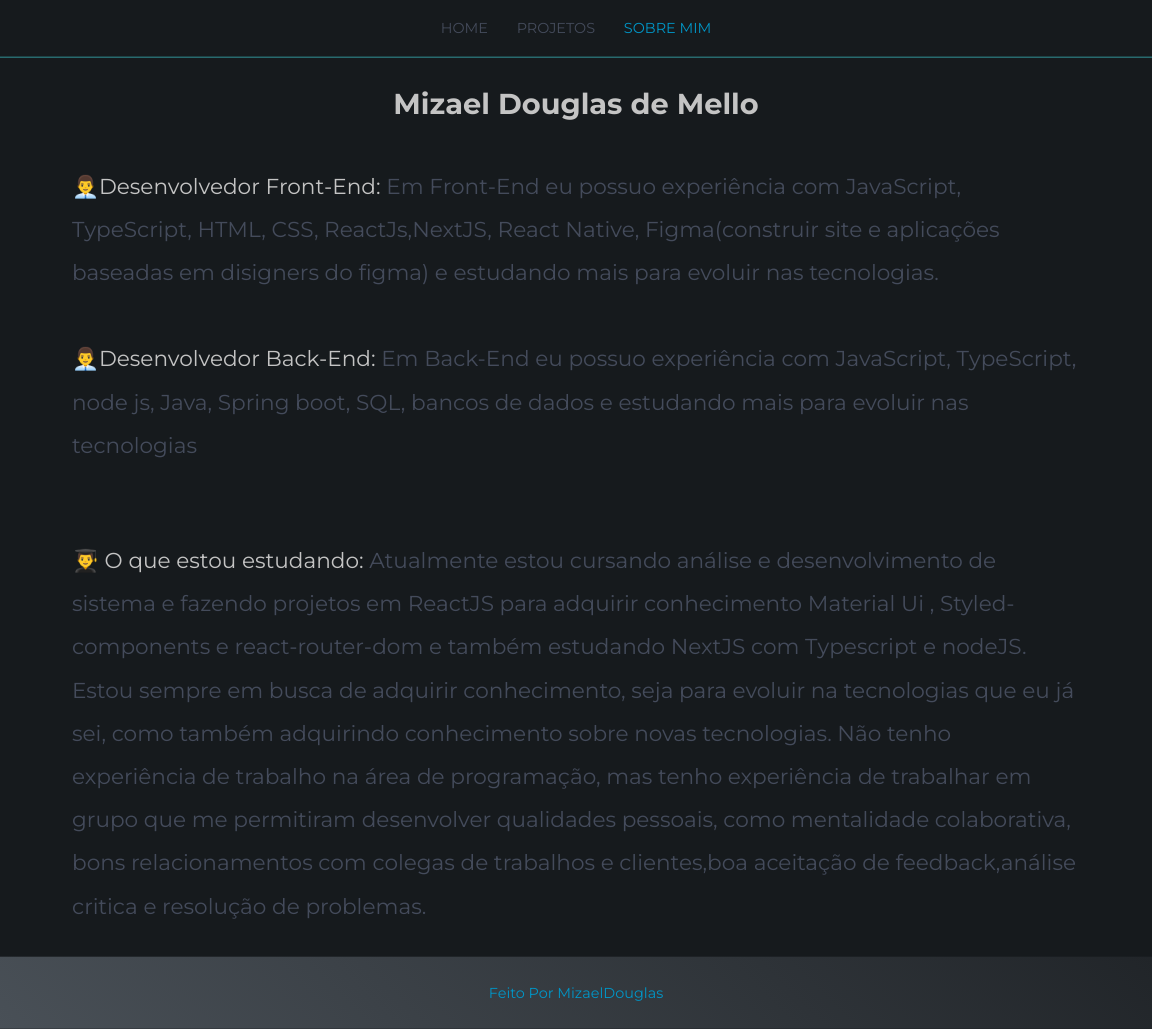
Repository: Mizaeldouglas/New-Portifolio
Page: /sobre
An editor plug-in stored every save of this project. The page is shown before and after the next save, followed by the edit.
The browser window is 1280 px wide. The pictures show the whole page, at 90% of full size.
The project was rebuilt for these pictures with package versions that can differ from the ones it lists, and the page was loaded fresh each time. The framework's server and built-in components were replaced by stand-ins that run in the browser. Also part of the build but not shown: next.config.js.

Above is the page before, as saved 2022-07-05 20:54:22.

### src/pages/_app.tsx
import { ThemeProvider } from 'styled-components';
import { Footer } from '../components/Footer';
import Header from '../components/Header';

import GlobalStyles from '../styles/global';
import theme from '../styles/theme';

function MyApp({ Component, pageProps }) {
  return (
    <ThemeProvider theme={theme}>
      <Header />
      <Component {...pageProps} />
      <GlobalStyles />
      <Footer />
    </ThemeProvider>
  );
}

export default MyApp;

### src/pages/_document.tsx
import Document, {
  DocumentContext,
  DocumentInitialProps,
  Head,
  Html,
  Main,
  NextScript
} from 'next/document';

import { ServerStyleSheet } from 'styled-components';

export default class MyDocument extends Document {
  static async getInitialProps(
    ctx: DocumentContext
  ): Promise<DocumentInitialProps> {
    const sheet = new ServerStyleSheet();
    const originalRenderPage = ctx.renderPage;

    try {
      ctx.renderPage = () =>
        originalRenderPage({
          enhanceApp: App => props => sheet.collectStyles(<App {...props} />)
        });

      const initialProps = await Document.getInitialProps(ctx);
      return {
        ...initialProps,
        styles: (
          <>
            {initialProps.styles}
            {sheet.getStyleElement()}
          </>
        )
      };
    } finally {
      sheet.seal();
    }
  }

  render() {
    return (
      <Html lang="pt-br">
        <Head>
          <link rel="preconnect" href="https://fonts.googleapis.com" />
          <link rel="preconnect" href="https://fonts.gstatic.com" />
          <link
            href="https://fonts.googleapis.com/css2?family=JetBrains+Mono:wght@200&family=Montserrat:wght@300;400;500;600;700&display=swap"
            rel="stylesheet"
          />

          <meta charSet="utf-8" />
          <meta httpEquiv="X-UA-Compatible" content="IE=edge" />
        </Head>
        <body>
          <Main />
          <NextScript />
        </body>
      </Html>
    );
  }
}

### src/pages/sobre/index.tsx
import { SobreContainer } from '../../styles/SobreStyles';

export default function Sobre() {
  return (
    <SobreContainer>
      <main>
        <h1>Mizael Douglas de Mello</h1>
        <p className="tecnologias">
          👨‍💼<span>Desenvolvedor Front-End:</span> Em Front-End eu possuo
          experiência com JavaScript, TypeScript, HTML, CSS, ReactJs,NextJS,
          React Native, Figma(construir site e aplicações baseadas em disigners
          do figma) e estudando mais para evoluir nas tecnologias.
        </p>
        <p className="tecnologias">
          👨‍💼<span>Desenvolvedor Back-End:</span> Em Back-End eu possuo
          experiência com JavaScript, TypeScript, node js, Java, Spring boot,
          SQL, bancos de dados e estudando mais para evoluir nas tecnologias
        </p>
        <p className="estudos">
          👨‍🎓 <span>O que estou estudando:</span> Atualmente estou cursando
          análise e desenvolvimento de sistema e fazendo projetos em ReactJS
          para adquirir conhecimento Material Ui , Styled-components e
          react-router-dom e também estudando NextJS com Typescript e nodeJS.
          Estou sempre em busca de adquirir conhecimento, seja para evoluir na
          tecnologias que eu já sei, como também adquirindo conhecimento sobre
          novas tecnologias. Não tenho experiência de trabalho na área de
          programação, mas tenho experiência de trabalhar em grupo que me
          permitiram desenvolver qualidades pessoais, como mentalidade
          colaborativa, bons relacionamentos com colegas de trabalhos e
          clientes,boa aceitação de feedback,análise critica e resolução de
          problemas.
        </p>
      </main>
    </SobreContainer>
  );
}

### src/components/Footer/index.tsx
import { Container } from './styles';

export function Footer() {
  return (
    <Container>
      <p>Feito Por MizaelDouglas</p>
    </Container>
  );
}

### src/components/Header/index.tsx
import { Container } from './styles';
import NavLink from './NavLink';

function Header() {
  return (
    <Container>
      <ul>
        <NavLink title="Home" path="/" />
        <NavLink title="Projetos" path="/projetos" includes />
        <NavLink title="Sobre Mim" path="/sobre" />
      </ul>
    </Container>
  );
}
export default Header;

### src/styles/global.ts
import { lighten } from 'polished';
import { createGlobalStyle } from 'styled-components';

export default createGlobalStyle`
  * {
    margin: 0;
    padding: 0;
    box-sizing: border-box;
    font-family: 'Montserrat', sans-serif;
    ::-webkit-scrollbar {
      width: 8px;
      height: 5px;
    }
    ::-webkit-scrollbar-thumb {
      background: ${({ theme }) => theme.textHighlight};
      border-radius: 10px;
    }
    ::-webkit-scrollbar-track{
      background: ${({ theme }) => lighten(0.4, theme.textHighlight)};
    }
  }
  body {
    background: ${props => props.theme.background};
    font: 400 1rem 'Montserrat', sans-serif;
  }
  img {
    width: 100%;
    max-width: 100%;
  }
  ul {
    list-style: none;
  }
  button {
    cursor: pointer;
  }
  a {
    text-decoration: none;
  }
  .container {
    width: 100%;
    margin: 0 auto;
    max-width: 85rem;
    padding: 0 1rem;
    padding-bottom: 30px;
    @media(max-width:1450px) {
      max-width: 70rem;
    }
    @media(max-width:1000px) {
      max-width: 50rem;
    }
    @media(max-width:700px) {
      padding: 0 2rem;
    }
  }
`;

### src/styles/theme.ts
const theme = {
  background: '#161a1d',
  backgroundLight: '#34a0a4',
  primary: '#0096c7',
  secondary: '#023e8a',
  gradient: 'linear-gradient(225deg, #212529 0%, #495057 100%);',
  text: '#848DA0',
  textHighlight: '#444B5B',
  textLight: '#C4C4C4',
  border: '#313958',
  inputBackground: '#1E253E',
  error: '#d45d5d'
};

export default theme;

### src/styles/SobreStyles.ts
import styled from 'styled-components';

export const SobreContainer = styled.div`
  display: flex;
  flex-direction: column;
  width: 100%;
  height: 100%;

  main {
    margin-top: 2rem;
    margin-bottom: 2rem;
    width: 100%;
    padding: 0 5rem;
    h1 {
      text-align: center;
      color: ${({ theme }) => theme.textLight};
    }
    p {
      font-size: 1.5rem;
      line-height: 2;
      color: ${({ theme }) => theme.textHighlight};
    }
    span {
      color: ${({ theme }) => theme.textLight};
    }
    .tecnologias {
      margin-top: 3rem;
    }
    .estudos {
      margin-top: 5rem;
    }
  }
`;

### src/components/Footer/styles.ts
import styled from 'styled-components';

export const Container = styled.div`
  width: 100%;
  height: 5rem;
  background: ${({ theme }) => theme.gradient};
  color: ${({ theme }) => theme.primary};
  display: flex;
  align-items: center;
  justify-content: center;
`;

### src/components/Header/styles.ts
import { lighten } from 'polished';
import styled from 'styled-components';

interface NavProps {
  isActive: boolean;
}

export const Container = styled.header`
  width: 100%;
  display: flex;
  align-items: center;
  justify-content: center;
  height: 4rem;
  border-bottom: 1px solid ${({ theme }) => theme.backgroundLight};

  ul {
    display: flex;
    gap: 2rem;
    align-items: center;
  }
`;
export const NavLinkContainer = styled.li<NavProps>`
  a {
    text-transform: uppercase;
    color: ${props =>
      props.isActive ? props.theme.primary : props.theme.textHighlight};
    transition: 0.5s;
    &:hover {
      color: ${props =>
        props.isActive
          ? lighten(0.2, props.theme.primary)
          : lighten(0.2, props.theme.textHighlight)};
    }
  }
`;

### src/components/Header/NavLink.tsx
import Link from 'next/link';
import { useRouter } from 'next/router';
import { NavLinkContainer } from './styles';

interface Props {
  title: string;
  path: string;
  includes?: boolean;
}

export default function navLink({ title, path, includes = false }: Props) {
  const router = useRouter();

  function verifyIfIsActive() {
    if (includes) {
      return router.pathname.includes(path);
    }
    return path === router.pathname;
  }

  const isActive = verifyIfIsActive();

  return (
    <NavLinkContainer isActive={isActive}>
      <Link href={path}>
        <a>{title}</a>
      </Link>
    </NavLinkContainer>
  );
}

After the next save:
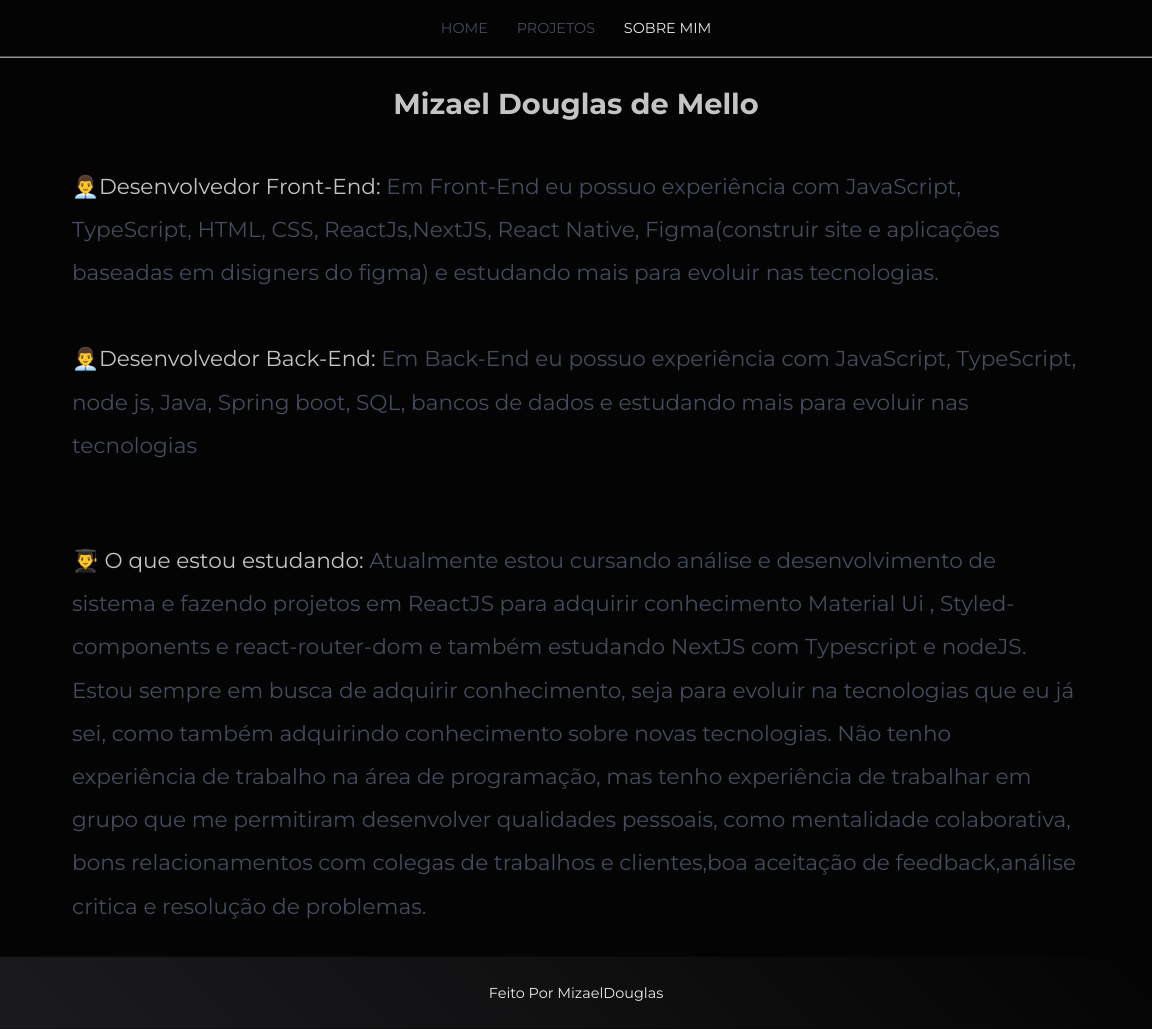
Saved 2 min 27 s later.
--- a/src/styles/theme.ts
+++ b/src/styles/theme.ts
@@ -1,9 +1,9 @@
 const theme = {
-  background: '#161a1d',
-  backgroundLight: '#34a0a4',
-  primary: '#0096c7',
-  secondary: '#023e8a',
-  gradient: 'linear-gradient(225deg, #212529 0%, #495057 100%);',
+  background: '#050404',
+  backgroundLight: '#eaeaea',
+  primary: '#eaeaea',
+  secondary: '#893168',
+  gradient: 'linear-gradient(225deg, #050404 0%, #1b1b1e 100%);',
   text: '#848DA0',
   textHighlight: '#444B5B',
   textLight: '#C4C4C4',

After the save that followed:
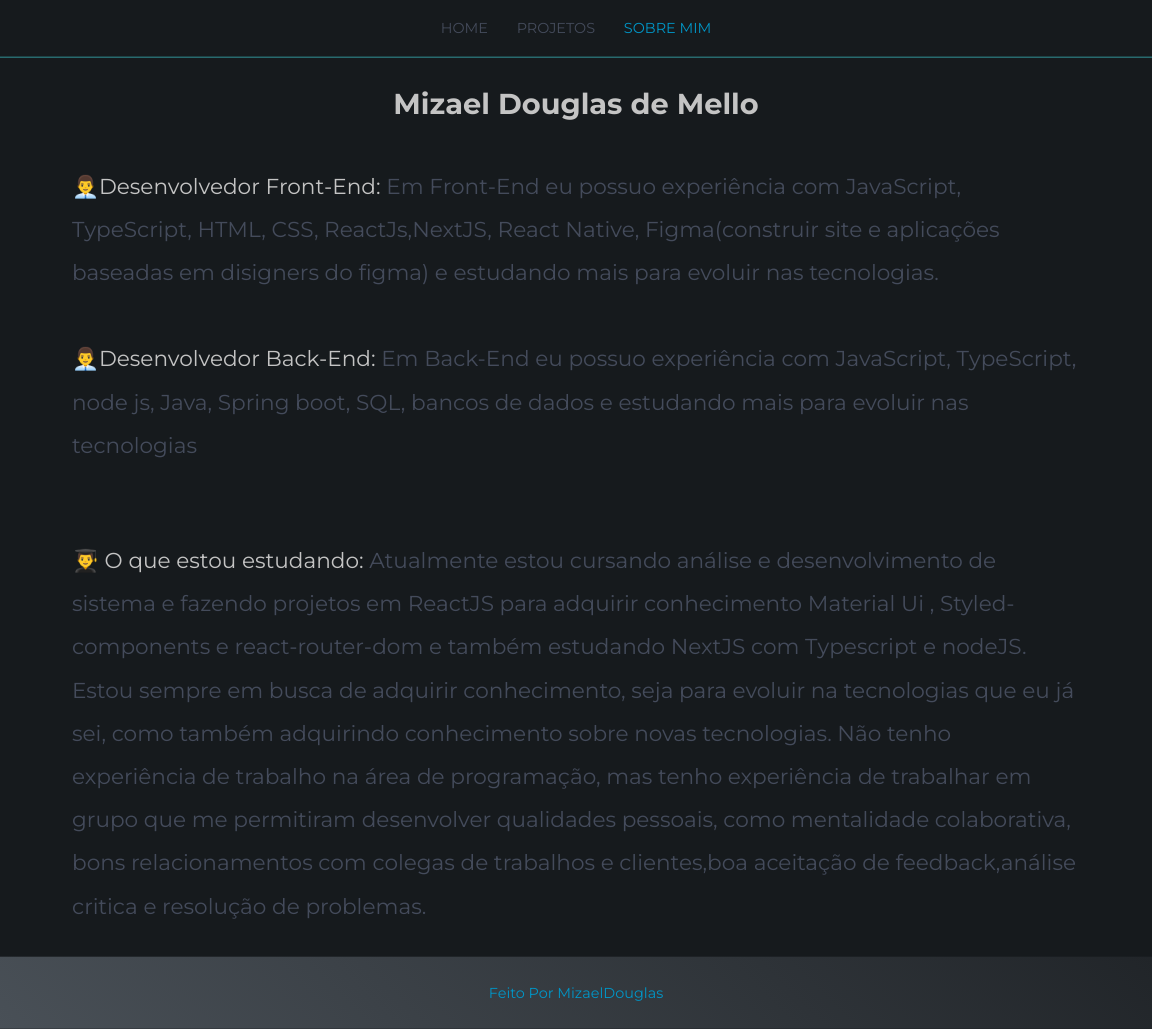
Saved 23 s later.
--- a/src/styles/theme.ts
+++ b/src/styles/theme.ts
@@ -1,9 +1,9 @@
 const theme = {
-  background: '#050404',
-  backgroundLight: '#eaeaea',
-  primary: '#eaeaea',
-  secondary: '#893168',
-  gradient: 'linear-gradient(225deg, #050404 0%, #1b1b1e 100%);',
+  background: '#161a1d',
+  backgroundLight: '#34a0a4',
+  primary: '#0096c7',
+  secondary: '#023e8a',
+  gradient: 'linear-gradient(225deg, #212529 0%, #495057 100%);',
   text: '#848DA0',
   textHighlight: '#444B5B',
   textLight: '#C4C4C4',
